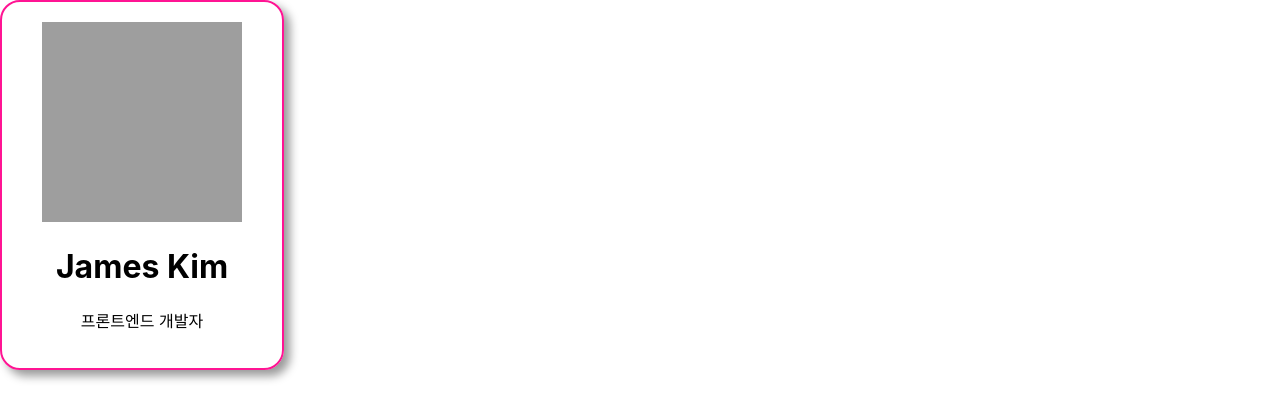
Repository: dnjfht/css-example
Page: /
An editor plug-in stored every save of this project. The page is shown before and after the next save, followed by the edit.
The browser window is 1280 px wide. The pictures show the whole page.
Pictures or frames that could not be fetched are drawn as grey boxes. The project was rebuilt for these pictures with package versions that can differ from the ones it lists, and the page was loaded fresh each time. Also part of the build but not shown: src/App.css.

Above is the page before, as saved 2023-05-09 09:06:54.

After the next save:
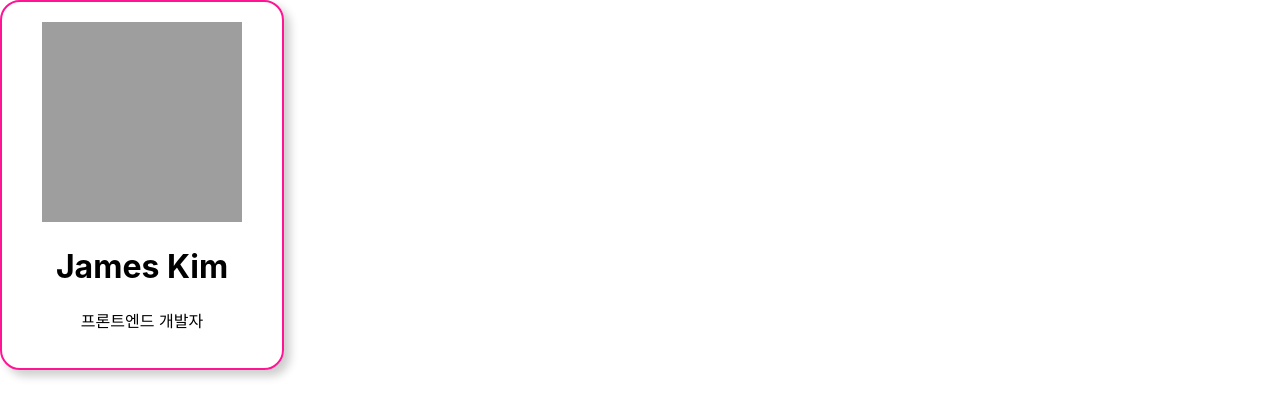
Saved 4 s later.
--- a/src/components/Profile.jsx
+++ b/src/components/Profile.jsx
@@ -9,7 +9,7 @@ export default function Profile() {
         textAlign: "center",
         border: "2px solid deeppink",
         borderRadius: 20,
-        boxShadow: "6px 6px 10px rgba(0,0,0,0.4)",
+        boxShadow: "6px 6px 10px rgba(0,0,0,0.2)",
       }}
     >
       <img
